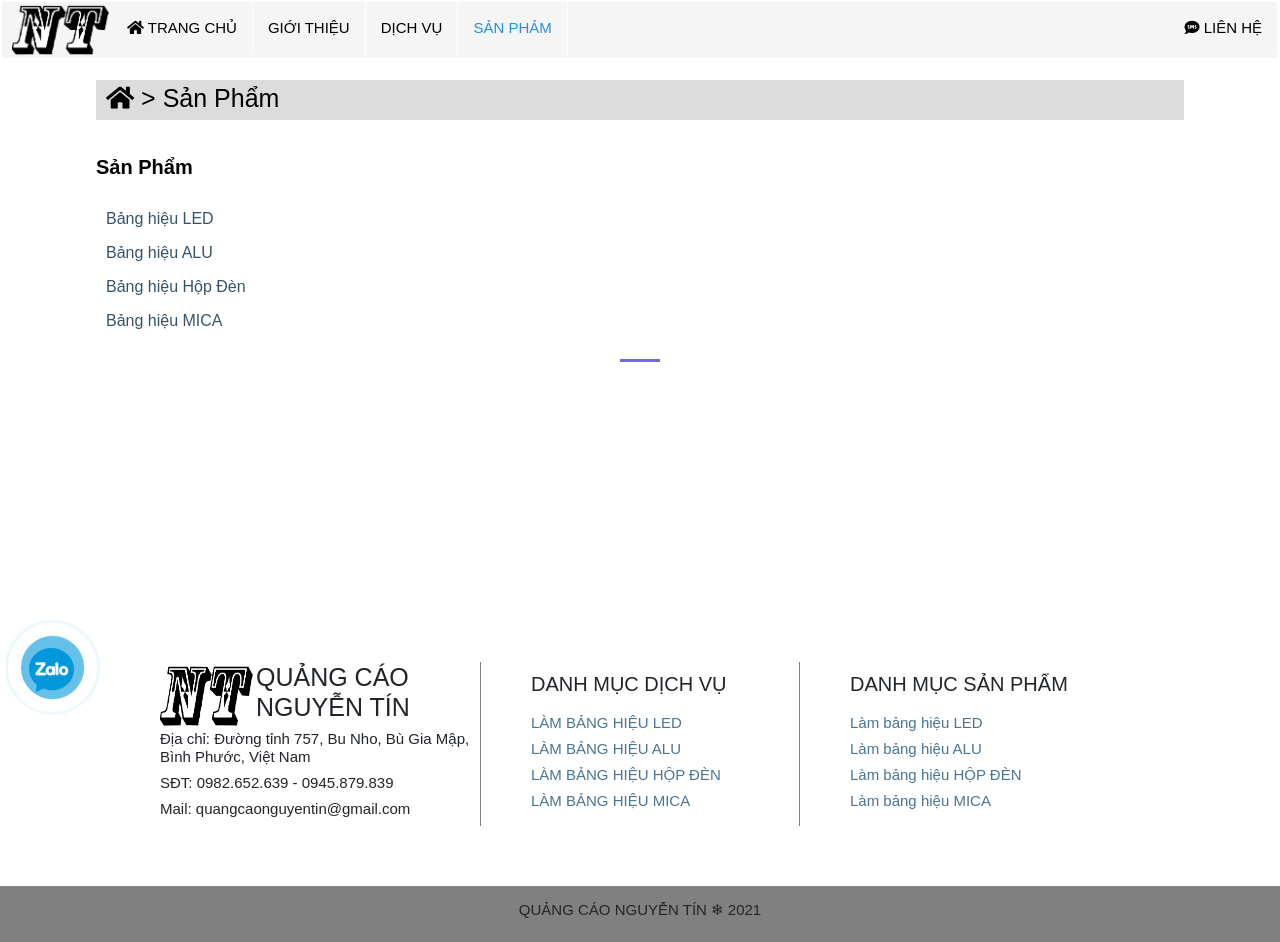
Repository: Haunguyen42193/quangcaonguyentin.github.io
Page: product.html
The author's editor kept a copy of each file at every save. The page is drawn from the files as they stood at one save, then again after the next save.
The browser window is 1280 px wide. The pictures show the whole page.
Some web fonts or font styles are not loaded; a fallback is used. Some web libraries are served in a nearby version.

Above is the page before, as saved 2021-10-13 16:19:26.
Console error: ReferenceError: init is not defined

After the next save:
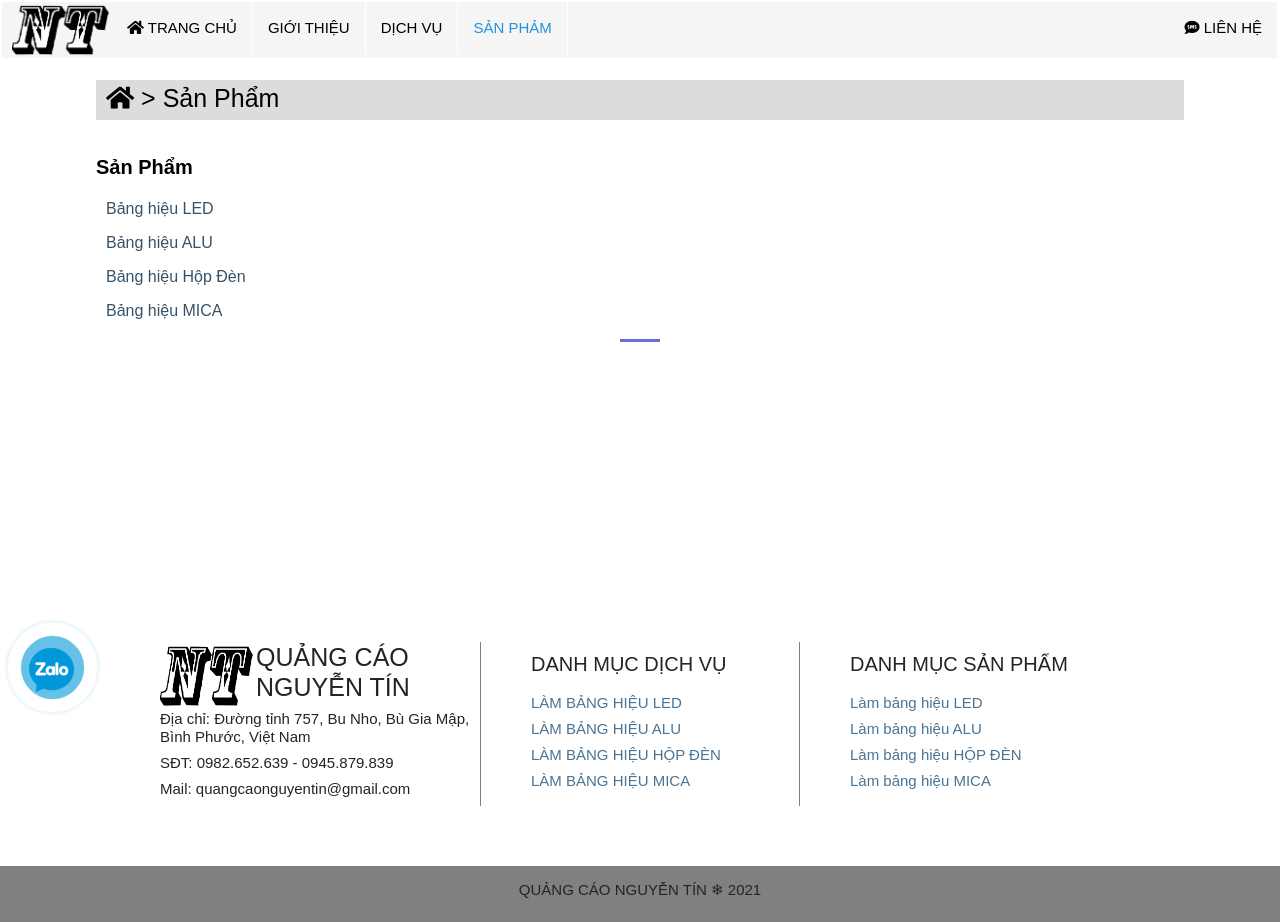
Saved 14 s later.
--- a/CSS/styleproduct.css
+++ b/CSS/styleproduct.css
@@ -307,7 +307,7 @@ div.product-menu > ul > li{
     padding-top: 10px;
 }
 div.product-menu > ul{
-    padding: 10px;
+    padding-left: 10px;
 }
 div.product-menu > ul > li a{
     text-decoration: none;
